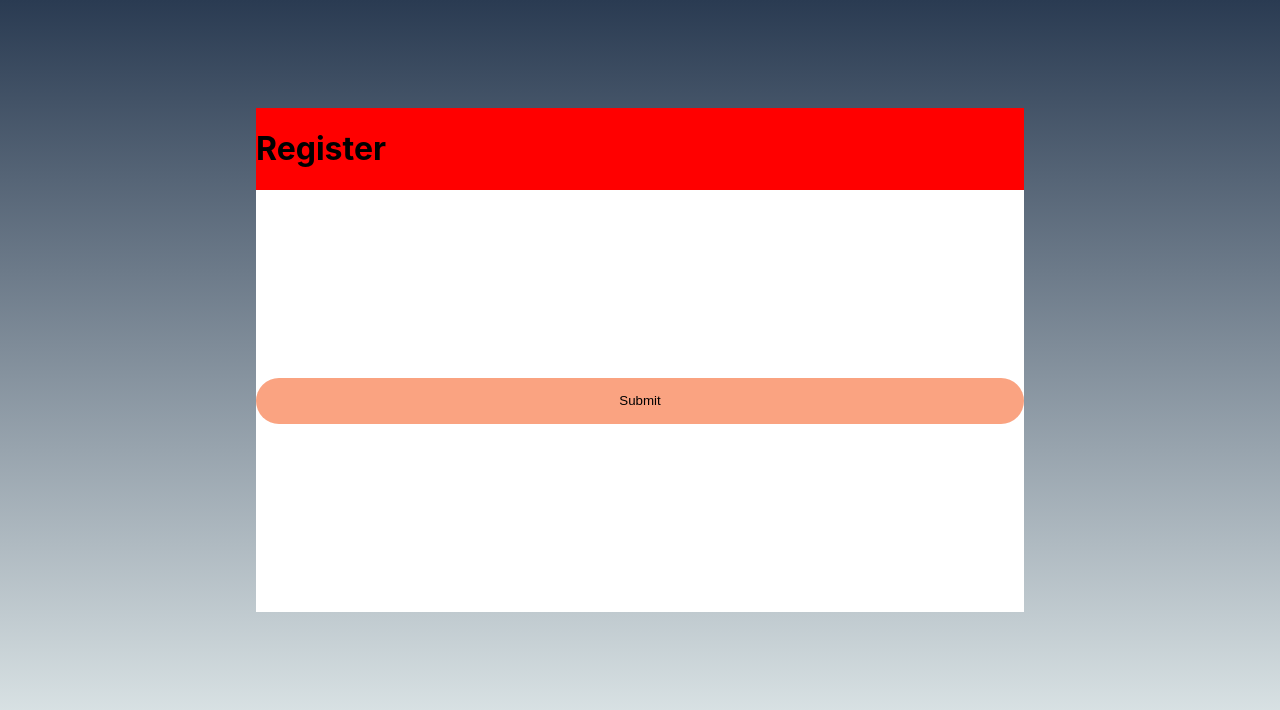
Repository: fatimash2123/todoApp
Page: /
These files come from the project's save history. The page is drawn as it stood at one moment and after the next save; the edit follows.
The browser window is 1280 px wide. The pictures show the whole page.
The project was rebuilt for these pictures with package versions that can differ from the ones it lists, and the page was loaded fresh each time.

Above is the page before, as saved 2024-02-12 16:50:58.

After the next save:
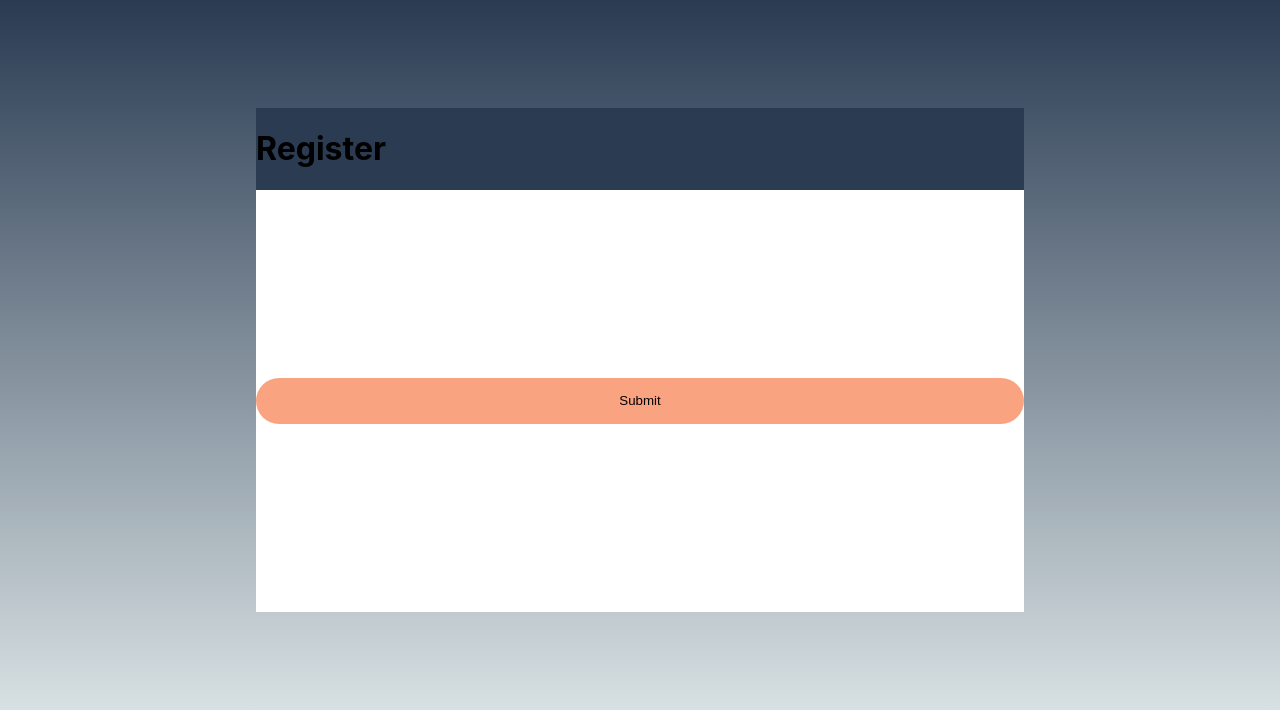
Saved 23 s later.
--- a/src/components/FormicContainer/FormicContainer.module.css
+++ b/src/components/FormicContainer/FormicContainer.module.css
@@ -7,7 +7,7 @@
     height: 100%;
 }
 .upperContainer{
-    background-color: red;
+    background-color: #2a3b52;
     display: flex;
     flex-direction: column;
     width: 60%;
